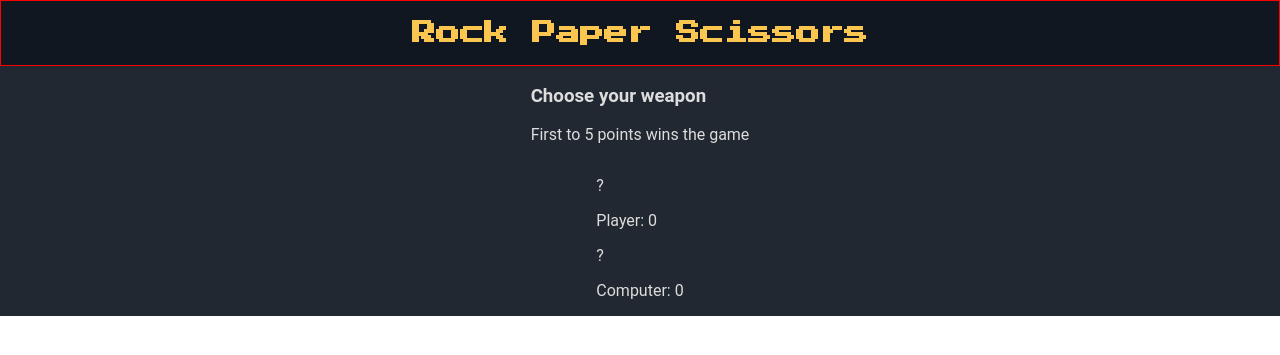
Repository: Aaryan-Poria/Rock-Paper-Scissors
Page: index.html
The author's editor kept a copy of each file at every save. The page is drawn from the files as they stood at one save, then again after the next save.
The browser window is 1280 px wide. The pictures show the whole page.

Above is the page before, as saved 2023-08-21 21:35:20.

### index.html
<!DOCTYPE html>
<html lang="en">
  <head>
    <meta charset="UTF-8" />
    <meta name="viewport" content="width=device-width, initial-scale=1.0" />
    <title>Rock Paper Scissors</title>
    <link rel="preconnect" href="https://fonts.googleapis.com" />
    <link rel="preconnect" href="https://fonts.gstatic.com" crossorigin />
    <link
      href="https://fonts.googleapis.com/css2?family=Press+Start+2P&display=swap"
      rel="stylesheet"
    />
    <link rel="stylesheet" href="style.css" />
  </head>

  <body>
    <section class="head">
      <h2>Rock Paper Scissors</h2>
    </section>
    <section class="main">
      <div class="main-text">
        <h3>Choose your weapon</h3>
        <p>First to 5 points wins the game</p>
      </div>
      <div class="text-content">
        <div class="player-text">
          <p class="qmark 1">?</p>
          <p class="score 1">Player: 0</p>
        </div>
        <div class="comp-text">
          <p class="qmark 2">?</p>
          <p class="score 2">Computer: 0</p>
        </div>
      </div>
    </section>
  </body>
</html>

### style.css
body {
  margin: 0;
  padding: 0;
  display: flex;
  flex-direction: column;
}
.head {
  display: flex;
  justify-content: center;
  align-items: center;
  border: 1px solid red;
  color: #fac650;
  background-color: #111720;
  font-family: "Press Start 2P", cursive;
}
.main {
  display: flex;
  flex-direction: column;
  background-color: #222831;
  color: #dddddd;
  font-family: "Roboto", sans-serif;
  align-items: center;
}

After the next save:
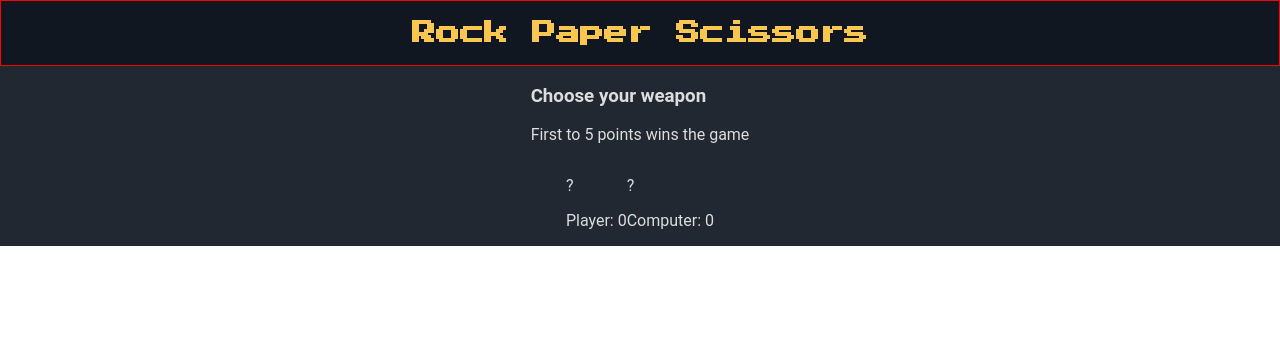
Saved 15 s later.
--- a/style.css
+++ b/style.css
@@ -21,3 +21,6 @@ body {
   font-family: "Roboto", sans-serif;
   align-items: center;
 }
+.text-content {
+  display: flex;
+}
